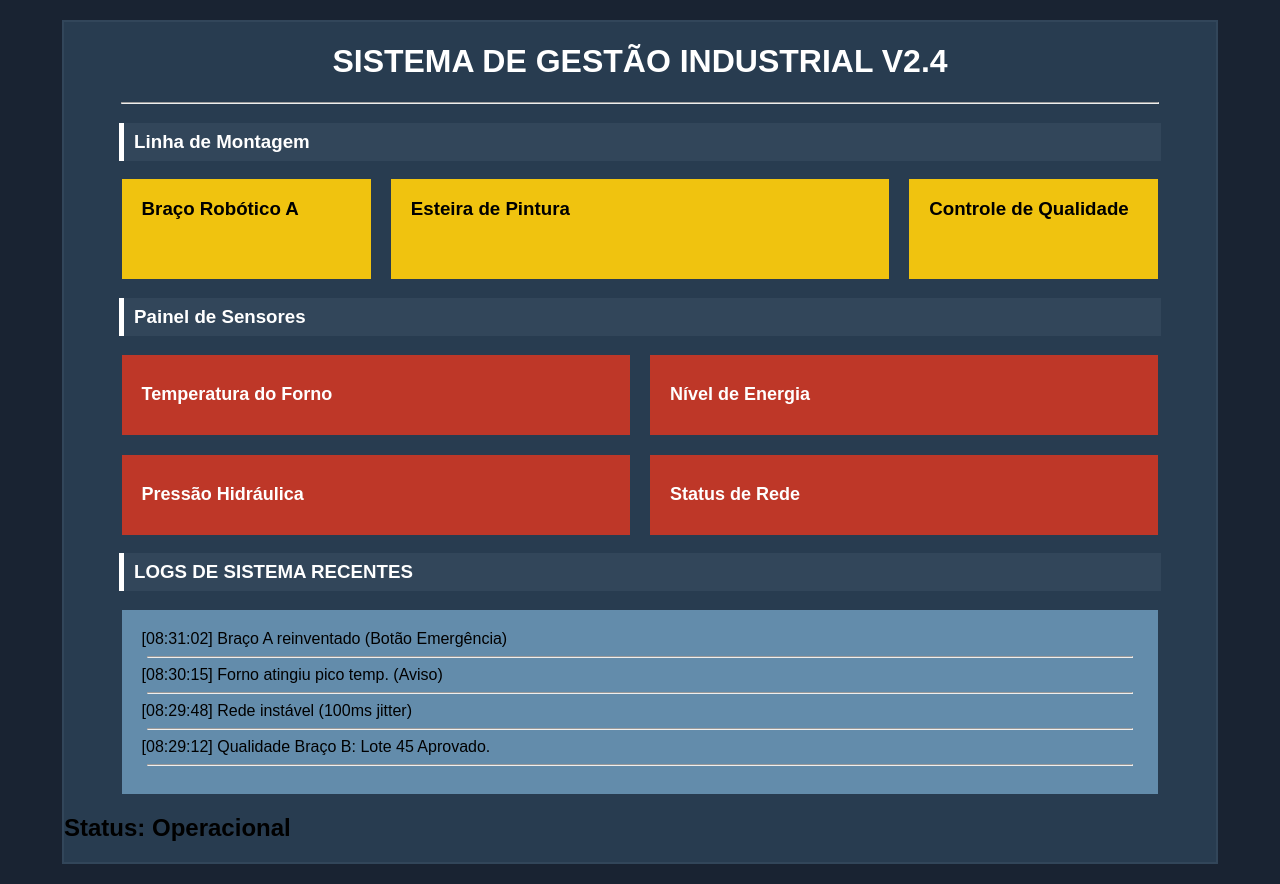
Repository: DanielEDapper/Front-WEG
Page: ProfeIgor/Aula5 - Dashboard Industrial/index.html
The author's editor kept a copy of each file at every save. The page is drawn from the files as they stood at one save, then again after a run of saves.
The browser window is 1280 px wide. The pictures show the whole page.
Some icons come from a web library that is not loaded, so they are not drawn.

Above is the page before, as saved 2026-05-29 20:05:46.

### ProfeIgor/Aula5 - Dashboard Industrial/index.html
<!DOCTYPE html>
<html lang="en">
<head>
    <meta charset="UTF-8">
    <meta name="viewport" content="width=device-width, initial-scale=1.0">
    <link rel="stylesheet" href="style.css">
    <link rel='stylesheet' href='https://cdn-uicons.flaticon.com/4.0.0/uicons-bold-straight/css/uicons-bold-straight.css'>
    <title>Sistema de gestão Industrial</title>
</head>
<body>
    <div id="wrapper">
        <div id="header">
            <h1>SISTEMA DE GESTÃO INDUSTRIAL V2.4</h1>
        </div>
        <hr>
        <div id="main">
            <div class="container-main">

                <div class="titulo-sessao">
                    <h3>Linha de Montagem</h3>
                </div>
                <div class="container-montagem">
                    <div class="card">
                        <h3>Braço Robótico A</h3>
                        <i class="fi fi-bs-thumbtack"></i>
                    </div>
                    <div class="card">
                        <h3>Esteira de Pintura</h3>
                        <i class="fi fi-bs-arrow-right"></i>
                    </div>
                    <div class="card">
                        <h3>Controle de Qualidade</h3>
                        <i class="fi fi-bs-medal"></i>
                    </div>
                </div>


                <div class="titulo-sessao">
                    <h3>Painel de Sensores</h3>
                </div>
                <div class="container-sensores">
                    <div class="card-sensores">
                        <h3>Temperatura do Forno</h3>
                        <i class="fi fi-bs-temperature-high"></i>
                    </div>
                    <div class="card-sensores">
                        <h3>Nível de Energia</h3>
                        <i class="fi fi-bs-battery-half"></i>
                    </div>
                    <div class="card-sensores">
                        <h3>Pressão Hidráulica</h3>
                        <i class="fi fi-bs-dashboard"></i>
                    </div>
                    <div class="card-sensores">
                        <h3>Status de Rede</h3>
                        <i class="fi fi-bs-workflow-setting-alt"></i>
                    </div>
                </div>


                <div class="titulo-sessao">
                    <h3>LOGS DE SISTEMA RECENTES</h3>
                </div>
                <div class="container-logs">
                    <p>[08:31:02] Braço A reinventado (Botão Emergência)</p>
                    <hr>
                    <p>[08:30:15] Forno atingiu pico temp. (Aviso)<p>
                    <hr>
                    <p>[08:29:48] Rede instável (100ms jitter)</p>
                    <hr>
                    <p>[08:29:12] Qualidade Braço B: Lote 45 Aprovado.</p>
                    <hr>
                </div>
            </div>
        </div>
        <div id="footer">
            <h2>Status: Operacional</h2>
        </div>
    </div>
</body>
</html>

### ProfeIgor/Aula5 - Dashboard Industrial/style.css
:root{
    --bg-dark: #192332;
    --bg-main: #283C50;
    --bg-panel: #32465A;

    --warning: #F0C30F;
    --danger: #BE3728;
    --success: #2ECC71;

    --log-bg: #D2E6F5;

    --text: #FFFFFF;
    --text-secondary: #99A3AB;

    --accent-blue: #638CAB;
}

body{
    margin: 0;
    padding: 0;
    background-color: var(--bg-dark);
}

#wrapper{
    font-family: Arial, Helvetica, sans-serif;
    height: 90%;
    width: 90%;
    background-color: var(--bg-main);
    border: 2px solid var(--bg-panel);
    margin: 20px;
    justify-self: center;
}

#header{
    color: var(--text);
    text-align: center;
}

hr{
    width: 90%;
    font-weight: 400;
}

.titulo-sessao{
    background-color: var(--bg-panel);
    color: var(--text);
    width: 90%;
    justify-self: center;
    border-left: 5px solid var(--text);
}

.titulo-sessao h3{
    padding: 8px 0px 8px 10px;
}

.container-montagem{
    display: flex;
    width: 90%;
    justify-self: center;
    flex-basis: 400;
    height: 100px;
    justify-content: space-around;
    gap: 20px;
}

.card{
    background-color: var(--warning);
}

.card h3{
    padding: 0px 0px 0px 20px;
}

.card i{
    display: flex;
    justify-self: center;
}

.card:nth-child(1){
    width: 25%;
}

.card:nth-child(2){
    width: 50%;
}

.card:nth-child(2) i{
    display: flex;
    padding: 0px 20px 0px 0px;
    justify-self: end;
}

.card:nth-child(3){
    width: 25%;
}

.container-sensores{
    width: 90%;
    display: grid;
    grid-template-columns: 1fr 1fr;
    gap: 20px;
    justify-self: center;
}

.card-sensores{
    background-color: var(--danger);
    color: var(--text);
    height: 80px;
    display: flex;
    justify-content: space-between;
    align-items: center;
    padding: 0 20px;
    box-sizing: border-box;
}

.card-sensores h3{
    font-size: 18px;
}

.card-sensores i{
    font-size: 24px;
}

.container-logs{
    background-color: var(--accent-blue);
    width: 90%;
    justify-self: center;
    padding: 20px 0px;
}

.container-logs p {
    margin: 0px 0px 0px 20px;
}

.container-logs hr{
    width: 95%;
}

After the next 2 saves:
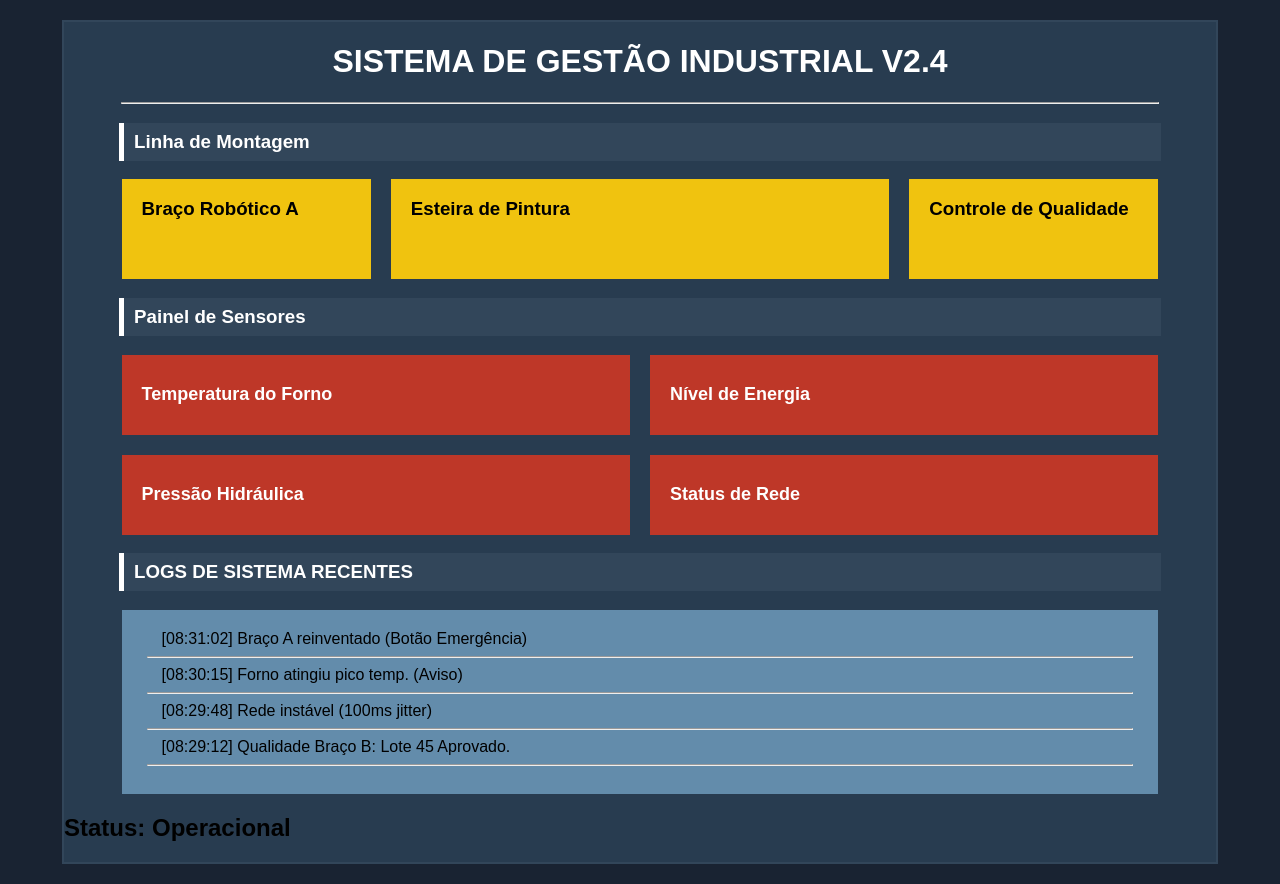
The 2 saves are shown as one change because they came seconds apart.
The last was saved 18 s later.
--- a/ProfeIgor/Aula5 - Dashboard Industrial/style.css
+++ b/ProfeIgor/Aula5 - Dashboard Industrial/style.css
@@ -129,7 +129,7 @@ hr{
 }
 
 .container-logs p {
-    margin: 0px 0px 0px 20px;
+    margin: 0px 0px 0px 40px;
 }
 
 .container-logs hr{
